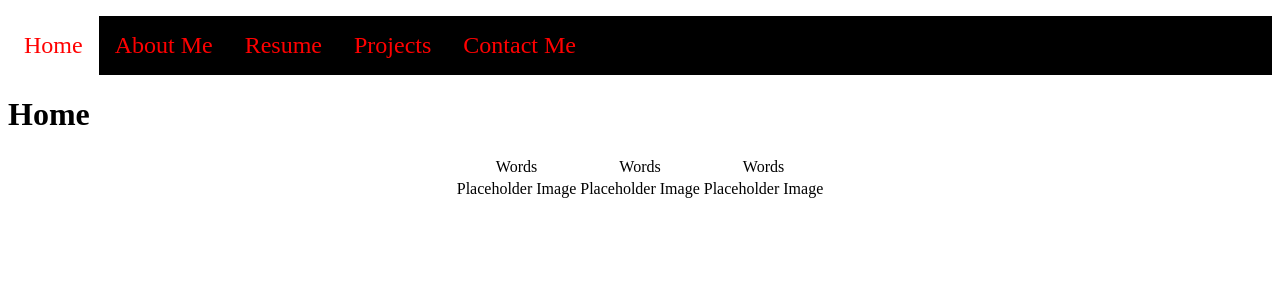
Repository: Kur0bane/Kur0bane.github.io
Page: index.html
The author's editor kept a record of every edit. The page is drawn from the files as they stood at one moment, then again after the next edit.
The browser window is 1280 px wide. The pictures show the whole page.

Above is the page before.

### index.html
<!DOCTYPE html>
<html>
    <head>
    <title>Home</title>
    <link rel="stylesheet" type="text/css" href="style.css">

    </head>

    <body>
        <ul class="navbar">
            <li class="active"><a href="index.html">Home</a></li>
            <li><a href="aboutme.html">About Me</a></li>
            <li><a href="resume.html">Resume</a></li>
            <li class="dropdown">
                <div>Projects</div>
                <ul class="dropdown-content">
                    <li><a href="project1.html">Project 1</a></li>
                    <li><a href="project2.html">Project 2</a></li>
                    <li><a href="project3.html">Project 3</a></li>
                </ul>
            </li>
            <li><a href="contactme.html">Contact Me</a></li>
        </ul>

        <h1>Home</h1>
        <table align="center">
            <tr>
                <td>Words</td>
                <td>Words</td>
                <td>Words</td>
            </tr>
            <tr>
                <td>Placeholder Image</td>
                <td>Placeholder Image</td>
                <td>Placeholder Image</td>
            </tr>
        </table>

    </body>
</html>

### style.css
        .navbar{
            list-style: none;
            background: black;
            overflow: hidden;
            padding: 0;
        }

        .navbar a, .dropdown div{
            text-decoration: none;
            color: red;
            font-size: 24px;
            padding: 16px;
            display: inline-block;
        }

        .navbar li{
            float: left;
        }

        .navbar li:hover{
            background-color: white;
        }

        .dropdown-content{
            list-style: none;
            padding: 0;
            display: none;
            position: absolute;
            z-index: 1;
            background-color: black;
        }

        .dropdown-content li{
            float: none;
        }

        .dropdown:hover .dropdown-content{
            display: block;
        }

        .active{
            background-color: white;
        }

        td{
            text-align: center;
        }

After the next edit:
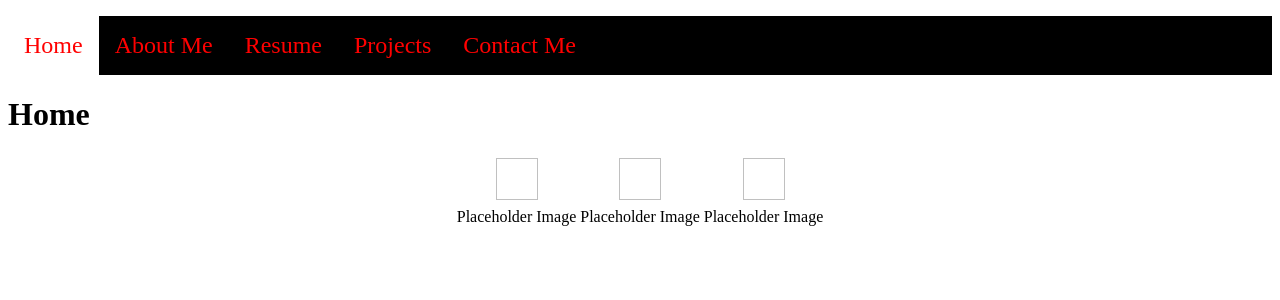
The edit:
--- a/index.html
+++ b/index.html
@@ -25,9 +25,9 @@
         <h1>Home</h1>
         <table align="center">
             <tr>
-                <td>Words</td>
-                <td>Words</td>
-                <td>Words</td>
+                <td><img scr="Danganronpa.jpg" style="width:42px;height:42px;"></td>
+                <td><img scr="Danganronpa.jpg" style="width:42px;height:42px;"></td>
+                <td><img scr="Danganronpa.jpg" style="width:42px;height:42px;"></td>
             </tr>
             <tr>
                 <td>Placeholder Image</td>
